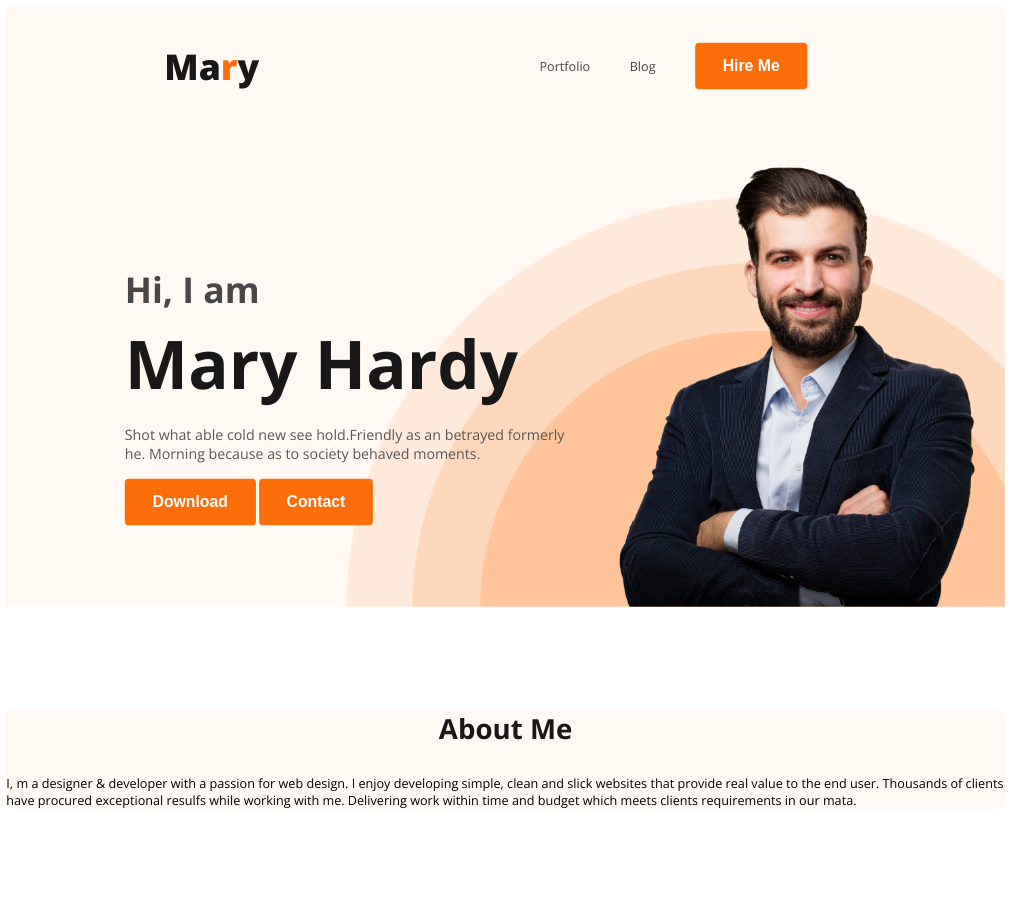
Repository: ShouravAhammed/Simple-Portfolio-Webpage
Page: index.html
These files come from the project's save history. The page is drawn as it stood at one moment and after the next save; the edit follows.
The browser window is 1280 px wide. The pictures show the whole page, at 79% of full size.

Above is the page before, as saved 2024-01-06 01:15:38.

After the next save:
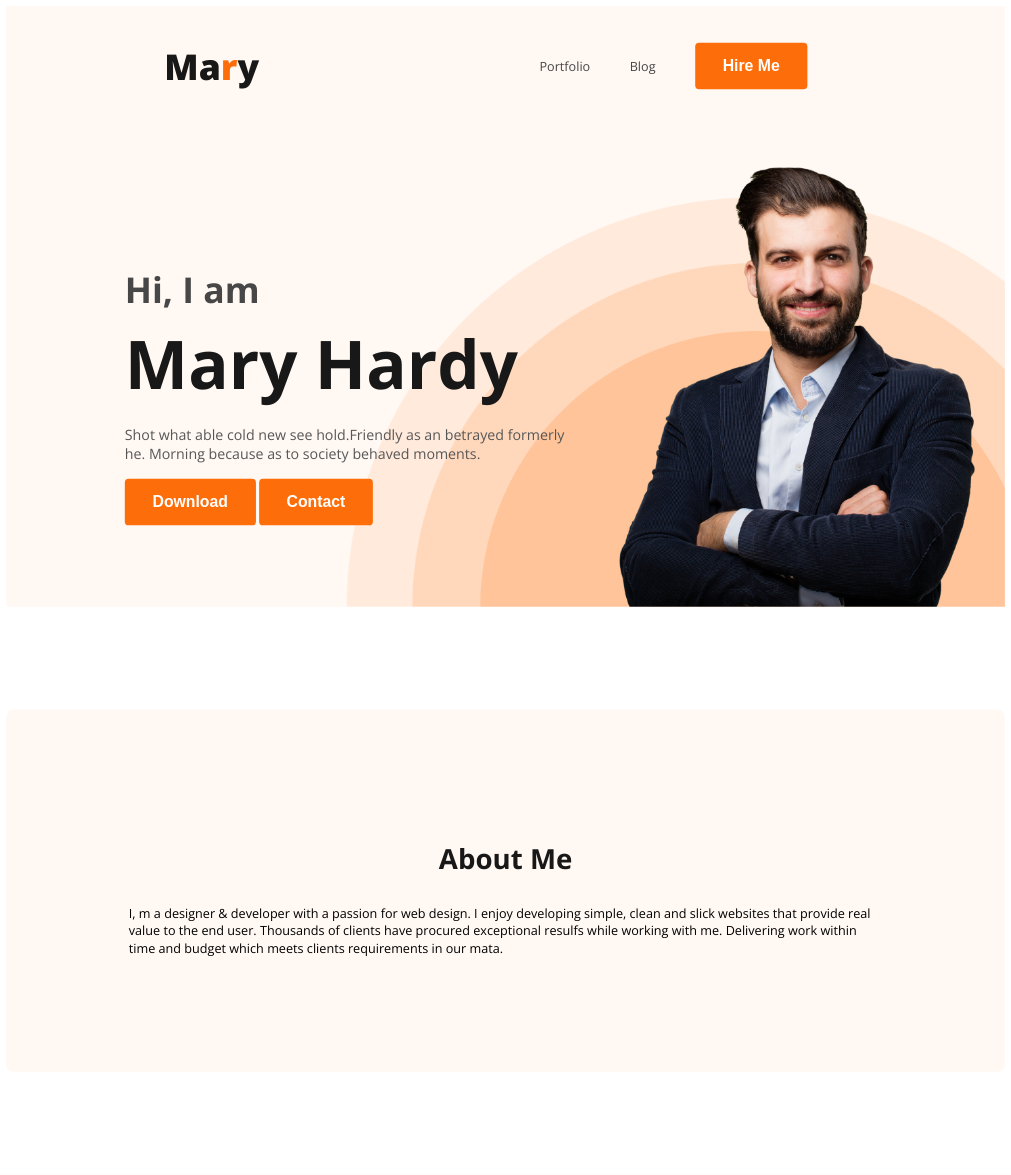
Saved 66 s later.
--- a/index.css
+++ b/index.css
@@ -92,6 +92,7 @@ nav a{
     border-radius: 10px;
     background: #FFF8F3;
     margin: 130px 0px;
+    padding: 130px 155px;
 }
 .section-title{
     color: #181818;
